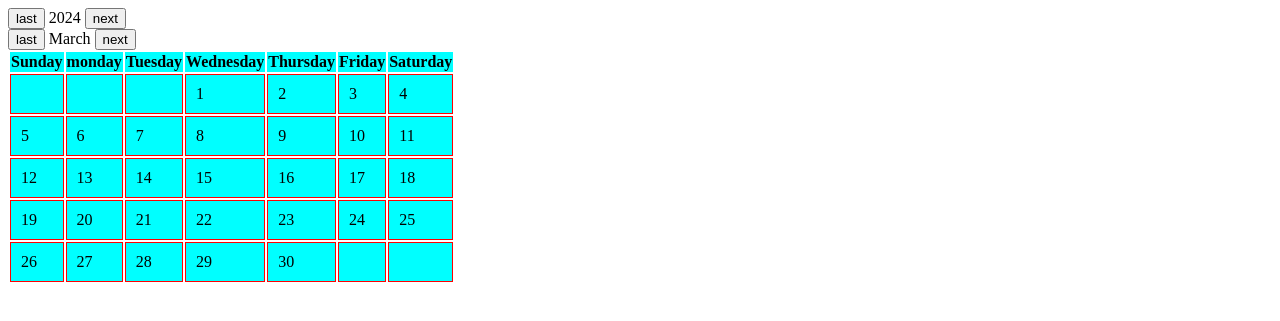
Repository: fateme81yosefi/calendar
Page: index.html
The author's editor kept a copy of each file at every save. The page is drawn from the files as they stood at one save, then again after the next save.
The browser window is 1280 px wide. The pictures show the whole page.
After loading, the first visible `.contain-month > button` was clicked once.

Above is the page before, as saved 2024-05-30 22:53:10.

### index.html
<!DOCTYPE html>

<html>

<head>
  <title>calendar</title>
  <link rel="icon" type="image/x-icon" href="/images/fav.png">
  <link rel="stylesheet" href="styles.css">

</head>

<body>

  <div class="container-calendar">
    <div class="contain-year">
      <button onclick="decYear()">
        last </button>
      <span id="year"></span>
      <button onclick="incYear()"> next </button>

    </div>
    <div class="contain-month">
      <button onclick="dec()"> last </button>
      <span id="month"></span>
      <button onclick="increaseMonth()">next </button>
    </div>
    <table>
      <tr>
        <th>Sunday</th>
        <th>monday</th>
        <th>Tuesday</th>
        <th>Wednesday </th>
        <th>Thursday</th>
        <th>Friday</th>
        <th>Saturday</th>
      </tr>

      <tr>
        <td id="1-1"> </td>
        <td id="1-2"> </td>
        <td id="1-3"> </td>
        <td id="1-4"> </td>
        <td id="1-5"> </td>
        <td id="1-6"> </td>
        <td id="1-7"> </td>
      </tr>

      <tr>
        <td id="2-1"> </td>
        <td id="2-2"> </td>
        <td id="2-3"> </td>
        <td id="2-4"> </td>
        <td id="2-5"> </td>
        <td id="2-6"> </td>
        <td id="2-7"> </td>
      </tr>

      <tr>
        <td id="3-1"> </td>
        <td id="3-2"> </td>
        <td id="3-3"> </td>
        <td id="3-4"> </td>
        <td id="3-5"> </td>
        <td id="3-6"> </td>
        <td id="3-7"> </td>
      </tr>

      <tr>
        <td id="4-1"> </td>
        <td id="4-2"> </td>
        <td id="4-3"> </td>
        <td id="4-4"> </td>
        <td id="4-5"> </td>
        <td id="4-6"> </td>
        <td id="4-7"> </td>
      </tr>

      <tr>
        <td id="5-1"> </td>
        <td id="5-2"> </td>
        <td id="5-3"> </td>
        <td id="5-4"> </td>
        <td id="5-5"> </td>
        <td id="5-6"> </td>
        <td id="5-7"> </td>
      </tr>
    </table>
  </div>



  <script src="/scripts.js"></script>

</body>

</html>

### styles.css
tr{
    background-color: aqua;
    border: 1px solid red;
    padding: 10px;
    margin: 2px;
}
td{
    background-color: aqua;
    border: 1px solid red;
    padding: 10px;
    margin: 2px;
}

### scripts.js
const d = new Date();
m = d.getMonth()
y = d.getFullYear()
day = d.getDate()
weekday = d.getDay()
weekday++

function increaseMonth() {
    console.log(increaseMonth)

    m = document.getElementById("month").innerHTML
    month = monthNameToNum(m)
    if ((month++) >= 13) {
        incYear()
    }
    else {
        fillAllDay(month++, y, dayCount)
        setMonth(month++)
    }
}

function dec() {
    m = document.getElementById("month").innerHTML
    month = monthNameToNum(m)

    if ((month--) < 1) {
        decYear()
    } else {
        fillAllDay(month--, y, dayCount)
        setMonth(month--)
    }

}

function incYear() {
    let yy = parseInt(document.getElementById("year").innerHTML);
    yy++;
    document.getElementById("year").innerHTML = yy;
    setYear(yy)
    fillAllDay(m, yy, dayCount)
}


function decYear() {
    let yy = parseInt(document.getElementById("year").innerHTML);
    yy--;
    document.getElementById("year").innerHTML = yy;
    setYear(yy)
    fillAllDay(m, yy, dayCount)
}


function setYear(y) {
    document.getElementById("year").innerHTML = y
}
function monthNameToNum(m) {
    switch (m) {
        case "January": return 1;
        case "February": return 2;
        case "March": return 3;
        case "April": return 4;
        case "May": return 5;
        case "June": return 6;
        case "July": return 7;
        case "August": return 8;
        case "September": return 9;
        case "October": return 10;
        case "November": return 11;
        case "December": return 12;
    }
}
function setMonth(m) {
    switch (m) {
        case 1: month = "January";
            break;
        case 2: month = "February";
            break;
        case 3: month = "March";
            break;
        case 4: month = "April";
            break;
        case 5: month = "May";
            break;
        case 6: month = "June";
            break;
        case 7: month = "July";
            break;
        case 8: month = "August";
            break;
        case 9: month = "September";
            break;
        case 10: month = "October";
            break;
        case 11: month = "November";
            break;
        case 12: month = "December";
            break;
    }
    document.getElementById("month").innerHTML = month

}

function findFirstDayMonth(m, y) {
    const date = new Date(y + "-" + m + "-" + 1)
    return date.getDay()
}

function calcDayCount(m) {
    switch (m + 1) {
        case 1: return 31;
        case 2: return 28;
        case 3: return 31;
        case 4: return 30;
        case 5: return 31;
        case 6: return 30;
        case 7: return 31;
        case 8: return 31;
        case 9: return 30;
        case 10: return 31;
        case 11: return 30;
        case 12: return 31;
    }
}

function fillAllDay(m, y, dayCount) {
    m++;

    var fd = findFirstDayMonth(m, y);
    fd++;

    let row = 1
    let col = fd

    for (let i = 1; i <= dayCount; i++) {
        const x = row + "-" + col;
        document.getElementById(x).innerHTML = i;
        if (col >= 7) {
            col = 1;
            row++;
        } else {
            col++;
        }
        if (row >= 6) {
            row = 1;
        }
    }
}

dayCount = calcDayCount(m + 1)

fillAllDay(m, y, dayCount)
setMonth(m + 1)
setYear(y)

After the next save:
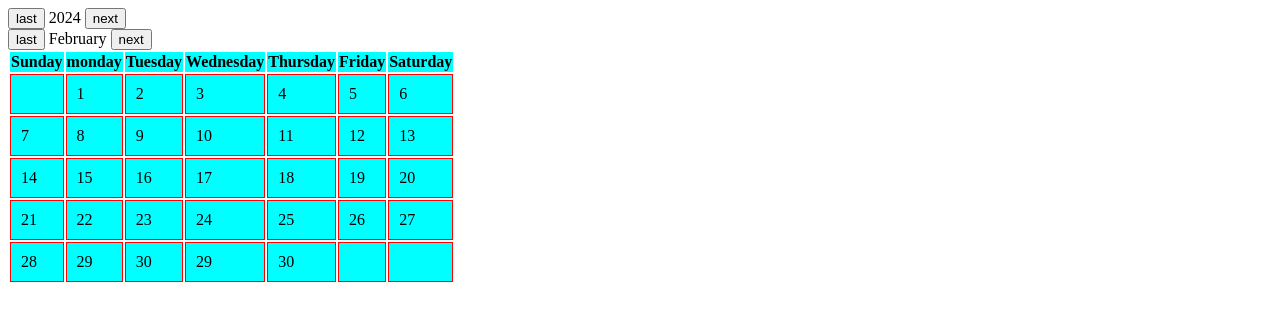
Saved 6 s later.
--- a/scripts.js
+++ b/scripts.js
@@ -22,7 +22,7 @@ function increaseMonth() {
 function dec() {
     m = document.getElementById("month").innerHTML
     month = monthNameToNum(m)
-
+    month--
     if ((month--) < 1) {
         decYear()
     } else {
